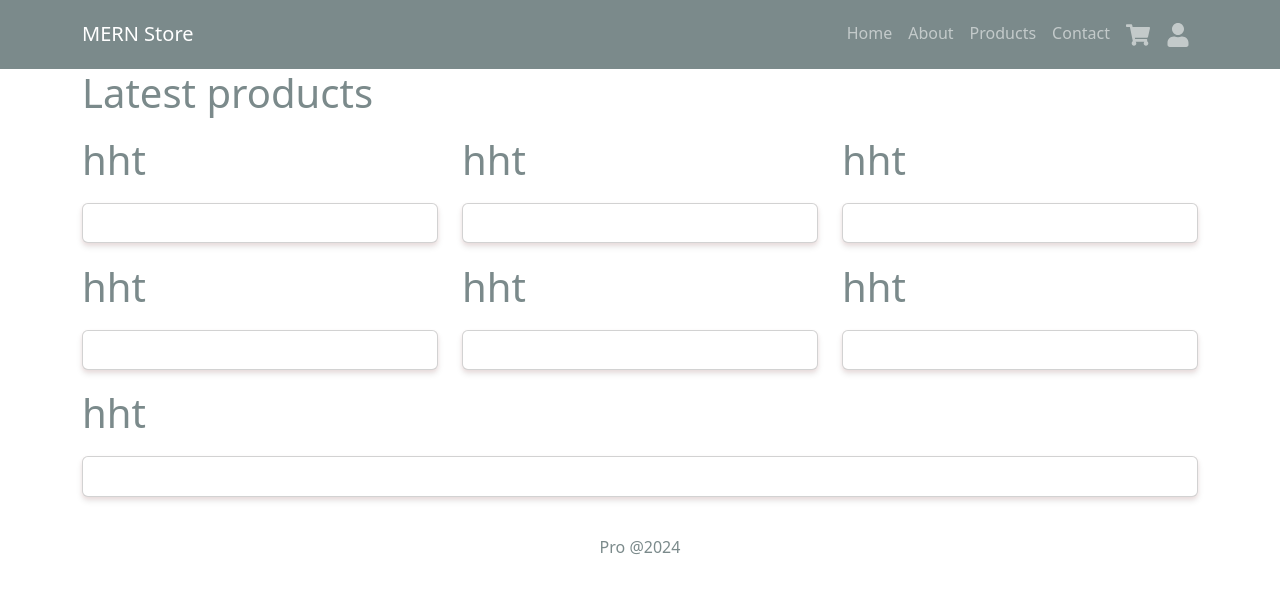
Repository: Attar786/MernStore
Page: / (app in client/)
The author's editor kept a copy of each file at every save. The page is drawn from the files as they stood at one save, then again after the next save.
The browser window is 1280 px wide. The pictures show the whole page.
The project was rebuilt for these pictures with package versions that can differ from the ones it lists, and the page was loaded fresh each time. Also part of the build but not shown: client/vite.config.js, client/src/App.css, client/src/assets/styles/index.css.

Above is the page before, as saved 2024-07-09 20:20:54.

After the next save:
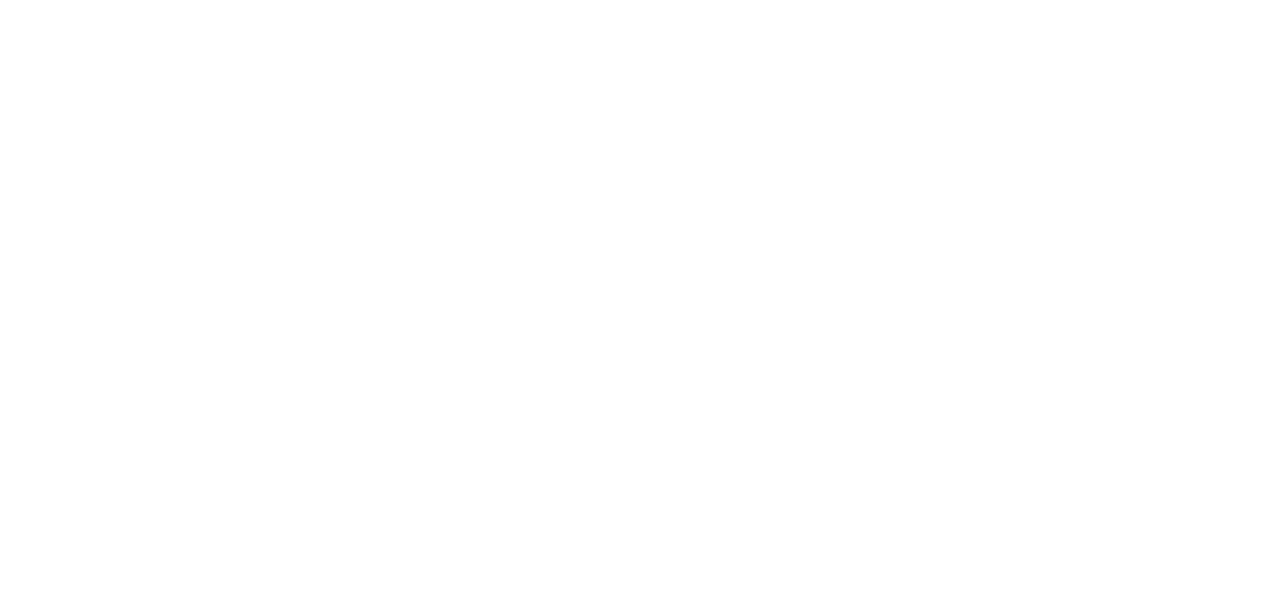
Console error: TypeError: Cannot read properties of undefined (reading 'Img')
Saved 2 min 13 s later.
--- a/client/components/Product.jsx
+++ b/client/components/Product.jsx
@@ -6,6 +6,10 @@
 
     <h1>hht</h1>
     <Card className="my-3 py-3 rounded">
+      <a href="{`/product/${product.id}`}">
+<Card.Img src={product.Img}></Card.Img>
+
+      </a>
     </Card>
     </>
 

After the 4 saves that followed:
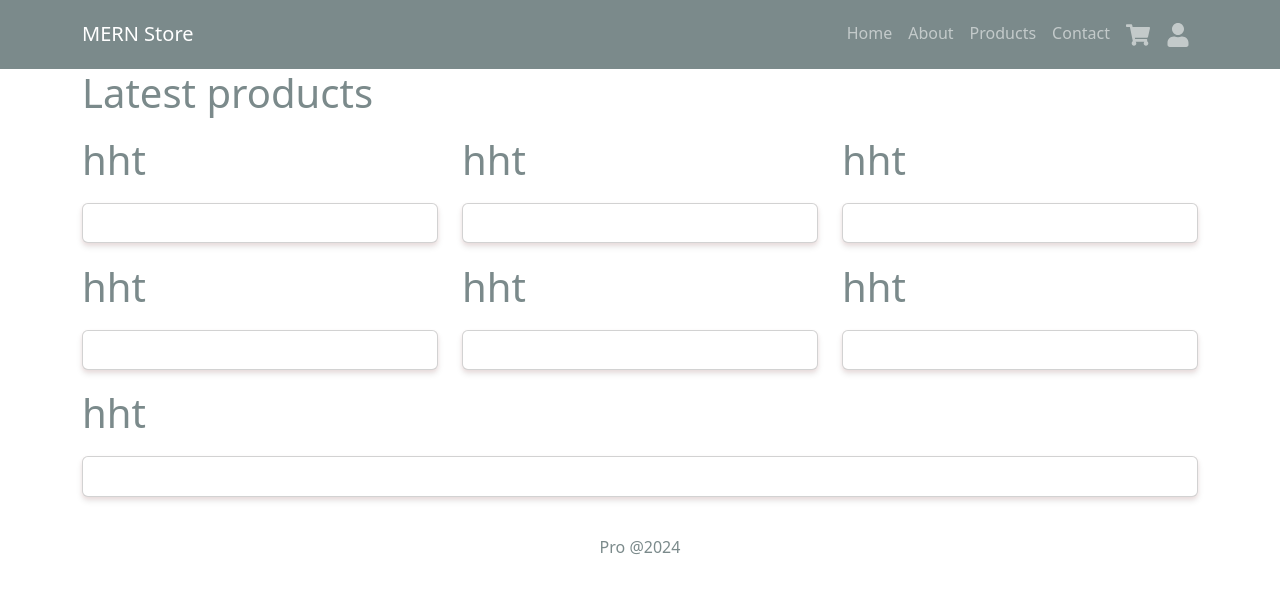
The error is gone.
The 4 saves are shown as one change because 1 did not build or start and 2 left the picture as it was.
The last was saved 2 min 1 s later.
--- a/client/screen/HomeScreen.jsx
+++ b/client/screen/HomeScreen.jsx
@@ -6,9 +6,9 @@
     <>
       <h1>Latest products</h1>
       <Row>
-        {products.map((product) => (
-          <Col key={product.id} sm={12} md={6} lg={4} >
-<Product product={product}/>
+        {products.map((i) => (
+          <Col key={i.id} sm={12} md={6} lg={4} >
+<Product product={i}/>
           </Col>
         ))}
       </Row>
--- a/client/components/Product.jsx
+++ b/client/components/Product.jsx
@@ -1,15 +1,15 @@
 import { Card } from "react-bootstrap";
 
-export const Product = ({ product }) => {
+export const Product = ({ i }) => {
   return (
 <>
 
     <h1>hht</h1>
     <Card className="my-3 py-3 rounded">
-      <a href="{`/product/${product.id}`}">
-<Card.Img src={product.Img}></Card.Img>
+      {/* <a href="{`/product/${product.id}`}">
+<Card.Img src={i.Img}></Card.Img> */}
 
-      </a>
+      {/* </a> */}
     </Card>
     </>
 
